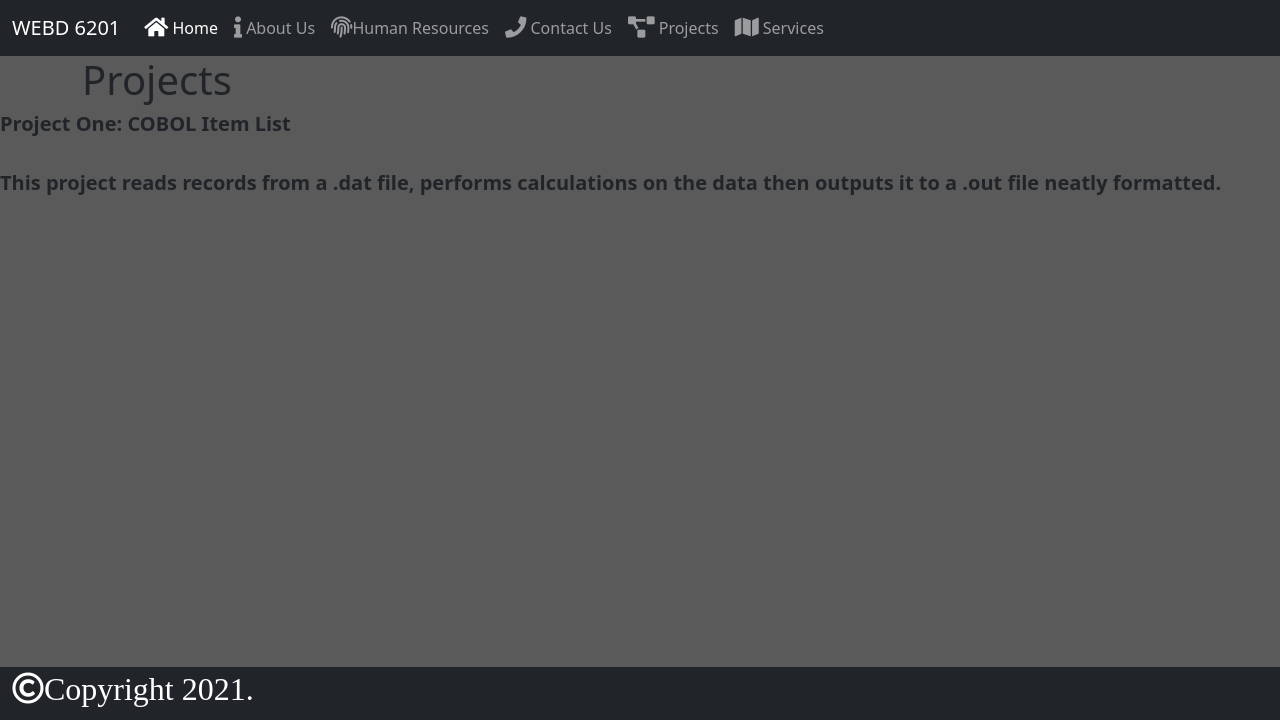
Repository: vans12345678/WEBD6201-W2021-Week3
Page: projects.html
These files come from the project's save history. The page is drawn as it stood at one moment and after the next save; the edit follows.
The browser window is 1280 px wide. The pictures show the whole page.

Above is the page before, as saved 2021-01-28 21:59:51.

After the next save:
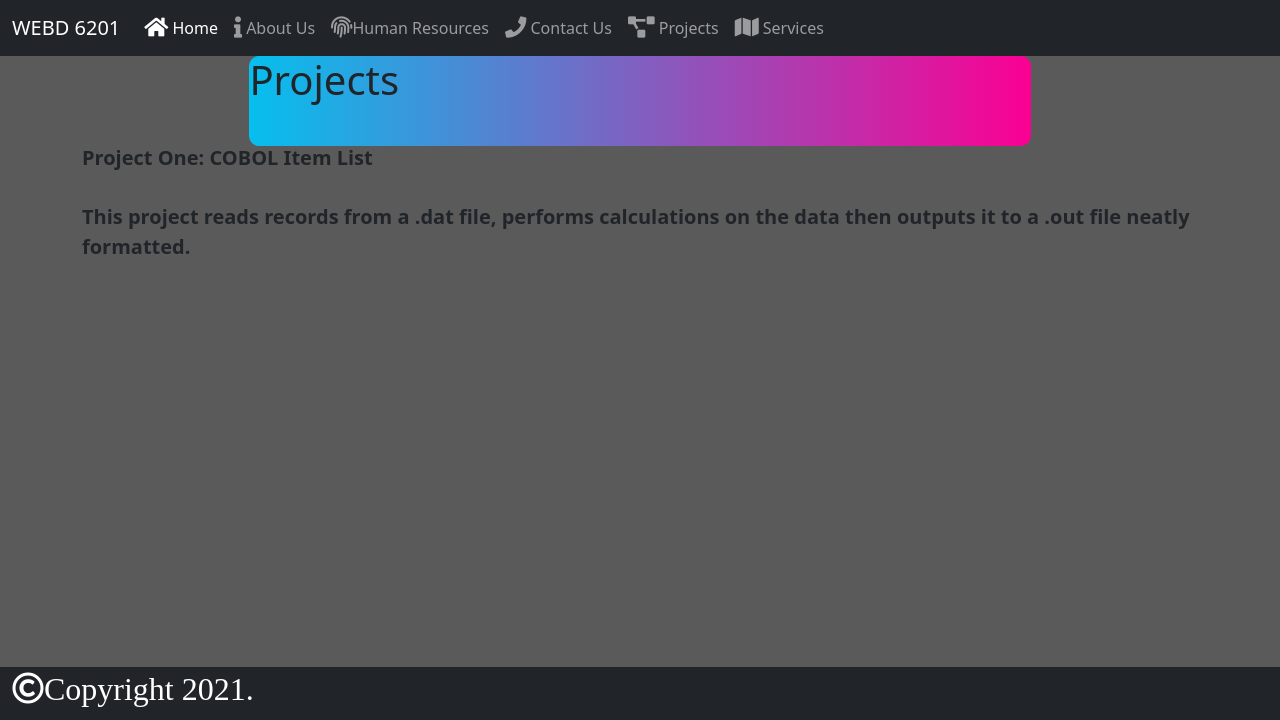
Saved 17 s later.
--- a/projects.html
+++ b/projects.html
@@ -46,8 +46,8 @@
           </nav>
     </header>
     <!-- Main Contents -->
-    <main>
-        <h1 class ="container">Projects</h1>
+    <main class ="container">
+        <h1 class ="gradiant">Projects</h1>
         <h1 class ="container" id="projectOne"></h1>
         </br>
         <p id="projectOneDescription"></p>
